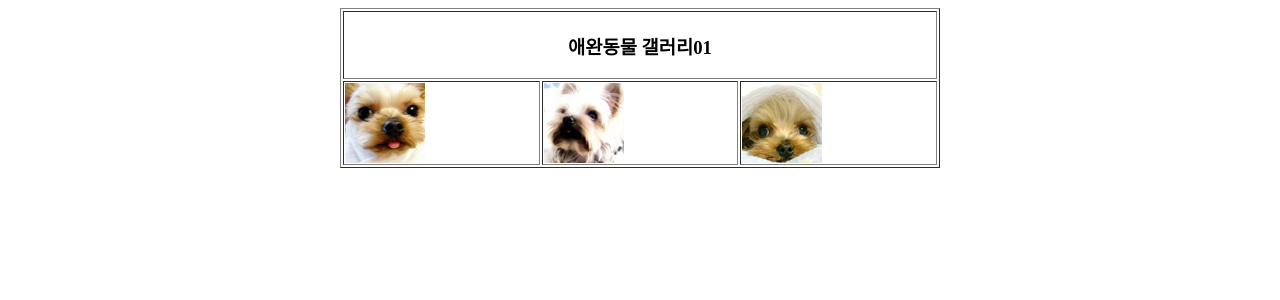
Repository: LTaeHoon/javajsp_ncs
Page: http://localhost/chap03_ActionTag/actionTag/example/gallery03.jsp
These files come from the project's save history. The page is drawn as it stood at one moment and after the next save; the edit follows.
The browser window is 1280 px wide. The pictures show the whole page.
The page is served by Tomcat 9.

Above is the page before, as saved 2017-01-17 02:09:20.

### chap03_ActionTag/WebContent/actionTag/example/gallery03.jsp
<%@ page language="java" contentType="text/html; charset=UTF-8"
    pageEncoding="UTF-8"%>

    <!-- gallery01.jsp -->
<!DOCTYPE html PUBLIC "-//W3C//DTD HTML 4.01 Transitional//EN" "http://www.w3.org/TR/html4/loose.dtd">
<html>
<head>
<meta http-equiv="Content-Type" content="text/html; charset=UTF-8">
<title>Insert title here</title>
</head>
<body>
	<table width="600" border="1" align="center">
		<tr>
			<th colspan="3">
				<h3>애완동물 갤러리01</h3>
			</th>
		</tr>
		<tr>
			<td><img src="./images/im1.jpg"/></td>
			<td><img src="./images/im2.jpg"/></td>
			<td><img src="./images/im3.jpg"/></td>
		</tr>
	</table>
</body>
</html>

After the next save:
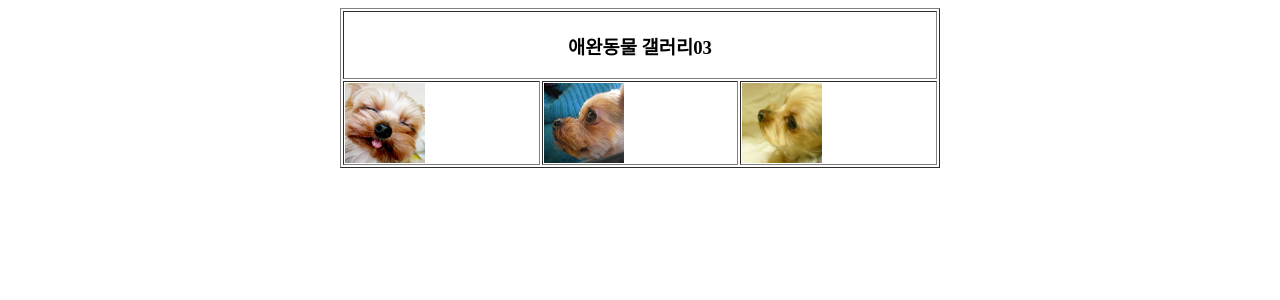
Saved 66 s later.
--- a/chap03_ActionTag/WebContent/actionTag/example/gallery03.jsp
+++ b/chap03_ActionTag/WebContent/actionTag/example/gallery03.jsp
@@ -12,13 +12,13 @@
 	<table width="600" border="1" align="center">
 		<tr>
 			<th colspan="3">
-				<h3>애완동물 갤러리01</h3>
+				<h3>애완동물 갤러리03</h3>
 			</th>
 		</tr>
 		<tr>
-			<td><img src="./images/im1.jpg"/></td>
-			<td><img src="./images/im2.jpg"/></td>
-			<td><img src="./images/im3.jpg"/></td>
+			<td><img src="./images/im7.jpg"/></td>
+			<td><img src="./images/im8.jpg"/></td>
+			<td><img src="./images/im9.jpg"/></td>
 		</tr>
 	</table>
 </body>
